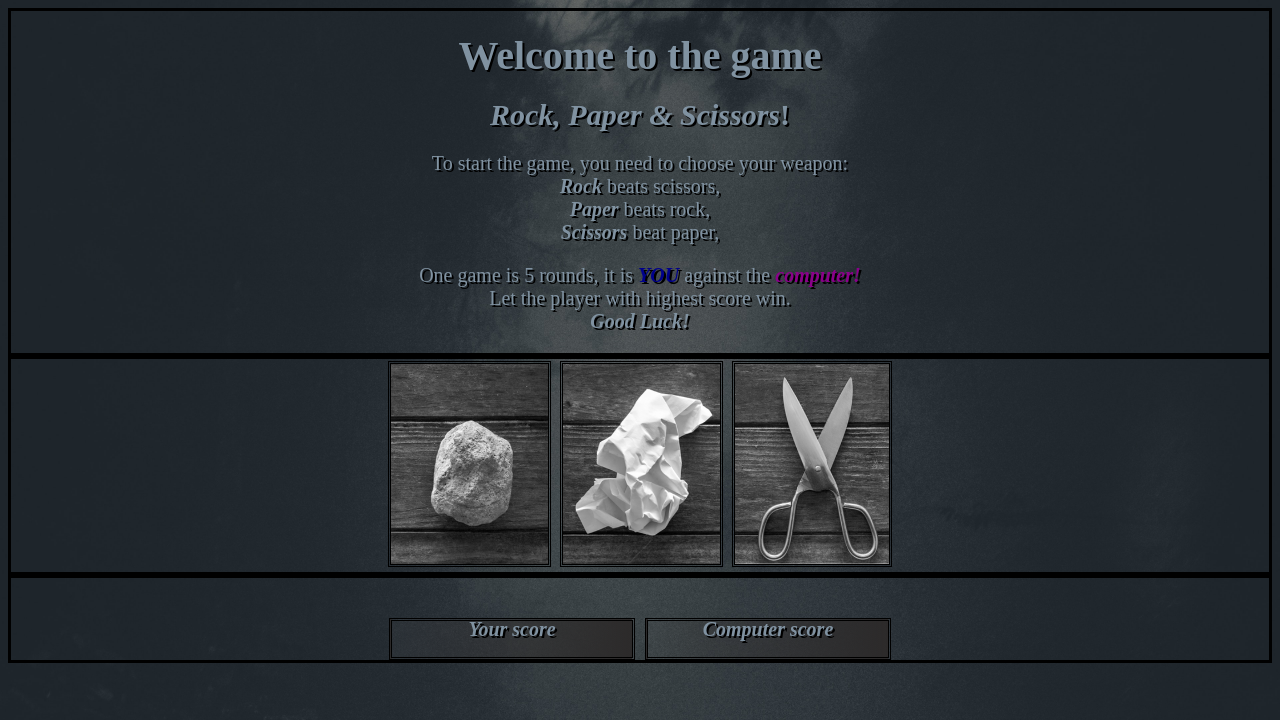
Repository: agneta1991/rock-paper-scissors
Page: Desktop/coding/index.html
An editor plug-in stored every save of this project. The page is shown before and after the next save, followed by the edit.
The browser window is 1280 px wide. The pictures show the whole page.

Above is the page before, as saved 2023-03-03 11:01:49.

### Desktop/coding/index.html
<!DOCTYPE html>
<html lang="en">
<head>
    <meta charset="UTF-8">
    <title>Rock Paper Scissors</title>
    <link rel="styleSheet" href='styles.css'>
</head>
<body>
    <script src="javascript.js" defer></script>
    <div class="container1">
        <div class="title">
            <h1>Welcome to the game </h1>
            <h2><span>Rock, Paper & Scissors</span>!</h2>
            <p>To start the game, you need to choose your weapon:<br>
            <span>Rock</span> beats scissors, <br>
            <span>Paper</span> beats rock, <br>
            <span>Scissors</span> beat paper,</p>
            <p>One game is 5 rounds, it is <span style="color: darkblue">YOU</span> against the <span style="color: darkmagenta">computer!</span><br>
            Let the player with highest score win.<br>
        <span>Good Luck!</span></p>
        </div>
    </div>
    <div class ="container2">
        <div class="options">
            <button class="rock"> <img src='images/rock.png'></button>
            <button class="paper"><img src='images/paper.png'></button>
            <button class="scissors"><img src='images/scissors.png'></button>
        </div>
    </div>
    <div class="container3">
        <div id="playerChoice"></div><div id="computerChoice"></div>
        <div class="score">
            <div class="playerScore"><span>Your score<span></span>
            <p class="displayedPlayerScore"></p></div>
            <div class="computerScore"><span>Computer score<span></span>
            <p class="displayedComputerScore"></p></div></div>
        </div>
    </div>
</body>
</html>

### Desktop/coding/styles.css
body{
    background-image: url('images/background.jpg');
    background-size:100%;
}
h1, h2{
    line-height: 90%;
}

.container1, .container2, .container3{
    border: solid black;
    color: rgb(128, 146, 161);
    text-shadow: 2px 2px black;
    font-size: 20px;
}
span{
    font-weight: bold;
    font-style: italic;
}
.container1{
    display: flex;
    justify-content: center;
    text-align: center;
}


img{
    width: auto ;
    height: 200px ;
    border-style: double;
}

.container2 {
    display: flex;
    justify-content: center;
    gap: 8px;
}
button{
    background-color: transparent;
    padding: 0%;
    border-color: transparent;
}


img {
    -webkit-filter:
    grayscale(100%);
    filter:grayscale(100%);
    -webkit-transition: .2s
    ease-in-out;
    transition: .2s ease-in-out;

}

img:hover {
    -webkit-filter:grayscale(0);
    filter:grayscale(0);

}

.playerScore, .computerScore {
    line-height: 80%;
    border: black;
    width: 240px;
    border-style: double;
    background-image: linear-gradient(to right, rgba(156, 146, 146, 0.055),rgb(44, 42, 42) );
}

.score{
    display: flex;
    justify-content: center;
    text-align: center;
    gap: 10px;

}

#playerChoice, #computerChoice{
    display: flex;
    justify-content: center;
    text-align: center;
    padding: 10px;
    font-size: 25px;
    display: flex;
    justify-content: center;
    text-align: center;
}

### Desktop/coding/javascript.js
const choice = ['rock', 'paper', 'scissors'];
function getComputerChoice(){
    let randomChoice = choice[Math.floor(Math.random()*choice.length)];
    document.getElementById('computerChoice').innerHTML = randomChoice;
}

function game(){
let btn = document.querySelectorAll('button');
btn.forEach((individualBtn)=>{
    individualBtn.addEventListener('click', function getPlayersChoice(){
        let playerChoice = individualBtn.className;
        document.getElementById('playerChoice').innerHTML = playerChoice + ' against ';

        if (playerChoice === 'rock' || 'paper' || 'scissors'){
            addColor();
        };

        function addColor(){
            individualBtn.style.border = 'solid darkblue';
        };

        getComputerChoice();

    });
});
}

game();

After the next save:
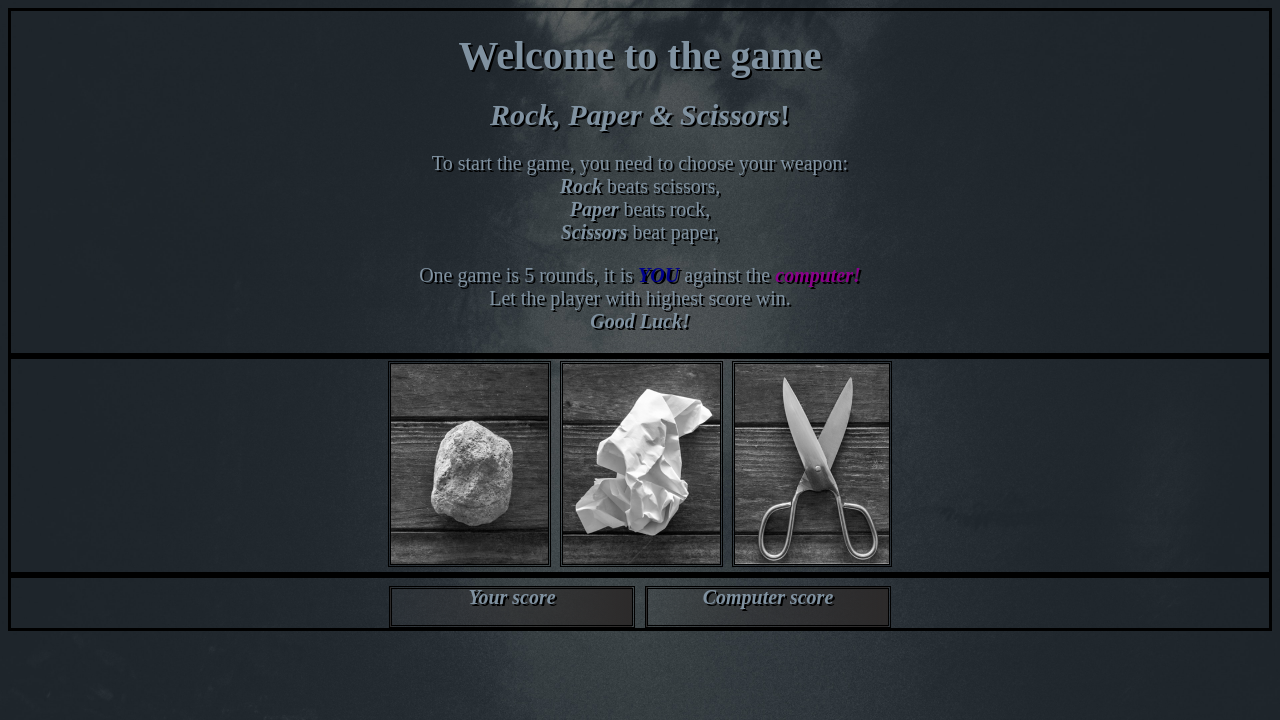
Saved 17 s later.
--- a/Desktop/coding/styles.css
+++ b/Desktop/coding/styles.css
@@ -77,7 +77,7 @@ img:hover {
     display: flex;
     justify-content: center;
     text-align: center;
-    padding: 10px;
+    padding: 2px;
     font-size: 25px;
     display: flex;
     justify-content: center;
